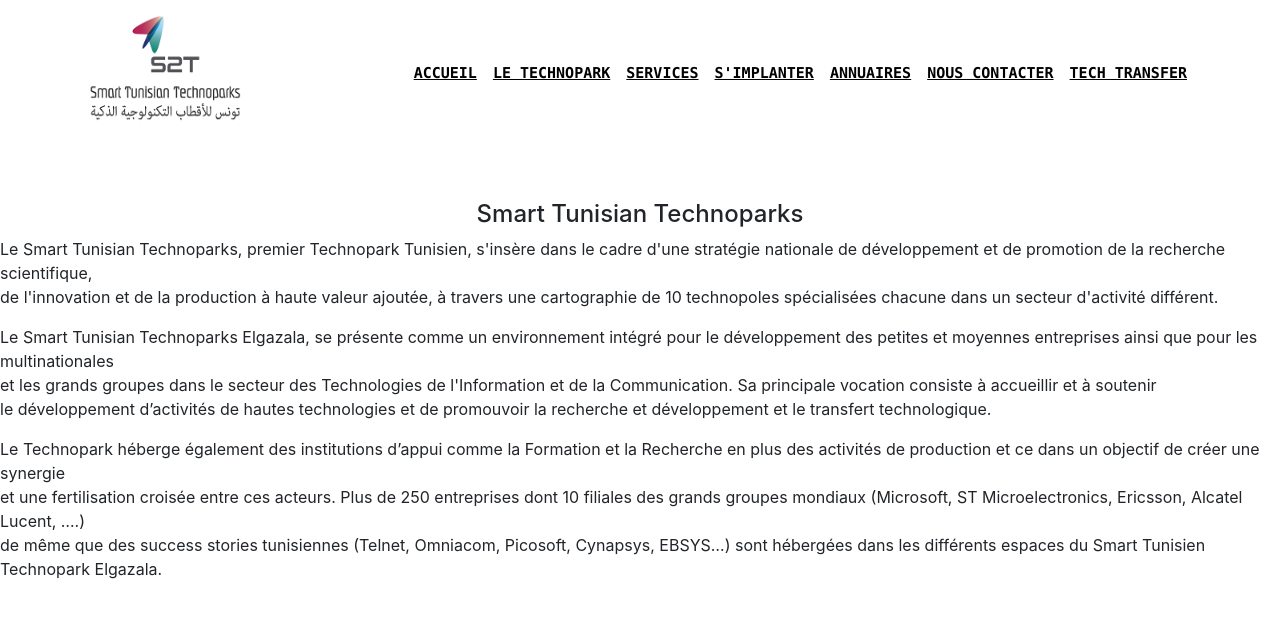
Repository: Zakraouihadil1/stage-perfectionnement-
Page: presentation.html
The author's editor kept a copy of each file at every save. The page is drawn from the files as they stood at one save, then again after the next save.
The browser window is 1280 px wide. The pictures show the whole page.

Above is the page before, as saved 2021-08-17 19:39:14.

### presentation.html
<html>
    <head>
        <title></title>
        <meta charset="utf-8">
        <link rel="stylesheet" href="https://maxcdn.bootstrapcdn.com/bootstrap/4.5.2/css/bootstrap.min.css">
    <script src="https://ajax.googleapis.com/ajax/libs/jquery/3.5.1/jquery.min.js"></script>
    <script src="https://cdnjs.cloudflare.com/ajax/libs/popper.js/1.16.0/umd/popper.min.js"></script>
    <script src="https://maxcdn.bootstrapcdn.com/bootstrap/4.5.2/js/bootstrap.min.js"></script>
    </head>
    <style>



  #mainNav{
    background-color: white;
  }
  li a {
    color: black ;
    font-family: "Lucida Console", "Courier New";
    font-size: 15px ;
    text-align: left ;
    float: right;
    margin-top: 10px;
    text-decoration: underline;
    font-weight: bolder;

      }

li a:hover {
    color: blue;

  }




  .dropdown-content {
  display: none;
  position: absolute;
  background-color: #f9f9f9;
  min-width: 160px;
  box-shadow: 0px 8px 16px 0px rgba(0,0,0,0.2);
  z-index: 1;
}

.dropdown-content a {
  float: none;
  color: black;
  padding: 12px 16px;
  text-decoration: none;
  display: block;
  text-align: left;
}

.dropdown-content a:hover {
  background-color: #ddd;
}

.dropdown:hover .dropdown-content {
  display: block;
}
    </style>

    <body id="page-top">
         <!-- Navigation-->
  <nav class="navbar navbar-expand-lg  fixed-top" id="mainNav">
    <div class="container">
        <a class="navbar-brand " href="#page-top">
            <img src="images/Logo-S2T png.png" width="160px" height="110px">
        </a>
        <button class="navbar-toggler navbar-toggler-right" type="button" data-toggle="collapse" data-target="#navbarResponsive" aria-controls="navbarResponsive" aria-expanded="false" aria-label="Toggle navigation">
            Menu
            <i class="fas fa-bars ml-1"></i>
        </button>



        <div class="collapse navbar-collapse" id="navbarResponsive">
            <ul class="navbar-nav text-uppercase ml-auto">
              <li class="nav-item"><a class="nav-link js-scroll-trigger" href="./index.html">Accueil</a></li>
              <div class="dropdown">
                <li class="nav-item"><a class="nav-link js-scroll-trigger" href="#about">Le technopark</a></li>
<br>
<br>
                <div class="dropdown-content">
                  <a href="presentation.html">Présentation</a>
                  <a href="#">Actualités</a>
                  <a href="#">Link 3</a>
                </div>
              </div>
                 <li class="nav-item"><a class="nav-link js-scroll-trigger" href="#services">Services</a></li>
                 <li class="nav-item"><a class="nav-link js-scroll-trigger" href="#team">S'implanter</a></li>
                 <li class="nav-item"><a class="nav-link js-scroll-trigger" href="#team">Annuaires</a></li>
                 <li class="nav-item"><a class="nav-link js-scroll-trigger" href="#contact">Nous Contacter</a></li>
                 <li class="nav-item"><a class="nav-link js-scroll-trigger" href="#contact">Tech Transfer</a></li>

            </ul>
        </div>
    </div>
</nav>

<div style="margin-top: 200px;">
    <h4 style="text-align: center;">Smart Tunisian Technoparks</h4>
    <div>
    <p>Le Smart Tunisian Technoparks, premier Technopark Tunisien, s'insère dans le cadre d'une stratégie nationale de développement et de promotion de la recherche scientifique, <br>
     de l'innovation et de la production à haute valeur ajoutée, à travers une cartographie de 10 technopoles spécialisées chacune dans un secteur d'activité différent.</p>

      <p>Le Smart Tunisian Technoparks Elgazala, se présente comme un environnement intégré pour le développement des petites et moyennes entreprises ainsi que pour les multinationales <br>
         et les grands groupes dans le secteur des Technologies de l'Information et de la Communication. Sa principale vocation consiste à accueillir et à soutenir  <br>
         le développement d’activités de hautes technologies et de promouvoir la recherche et développement et le transfert technologique.</p>

      <p> Le Technopark héberge également des institutions d’appui comme la Formation et la Recherche en plus des activités de production et ce dans un objectif de créer une synergie <br>
          et une fertilisation croisée entre ces acteurs. Plus de 250 entreprises dont 10 filiales des grands groupes mondiaux (Microsoft, ST Microelectronics, Ericsson, Alcatel Lucent, ….) <br>
          de même que des success stories tunisiennes (Telnet, Omniacom, Picosoft, Cynapsys, EBSYS…) sont hébergées dans les différents espaces du Smart Tunisien Technopark Elgazala.</p>
</div>
</div>





    </body>
</html>

After the next save:
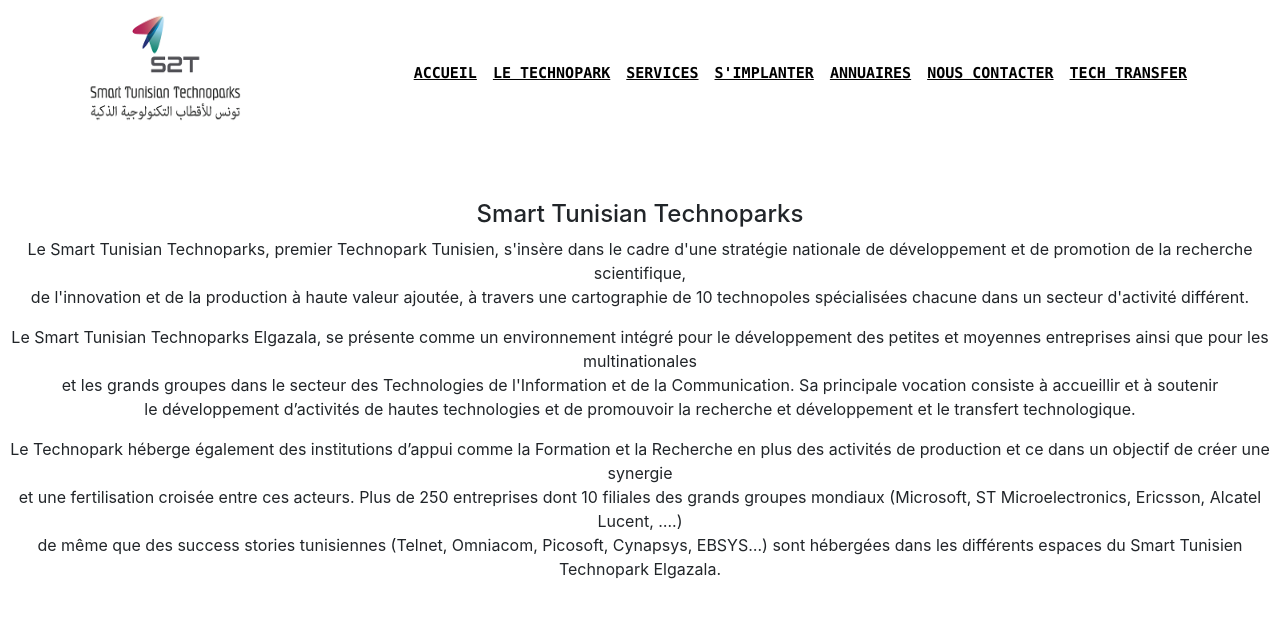
Saved 23 s later.
--- a/presentation.html
+++ b/presentation.html
@@ -99,7 +99,7 @@
     </div>
 </nav>
 
-<div style="margin-top: 200px;">
+<div style="margin-top: 200px; text-align: center;">
     <h4 style="text-align: center;">Smart Tunisian Technoparks</h4>
     <div>
     <p>Le Smart Tunisian Technoparks, premier Technopark Tunisien, s'insère dans le cadre d'une stratégie nationale de développement et de promotion de la recherche scientifique, <br>

After the save that followed:
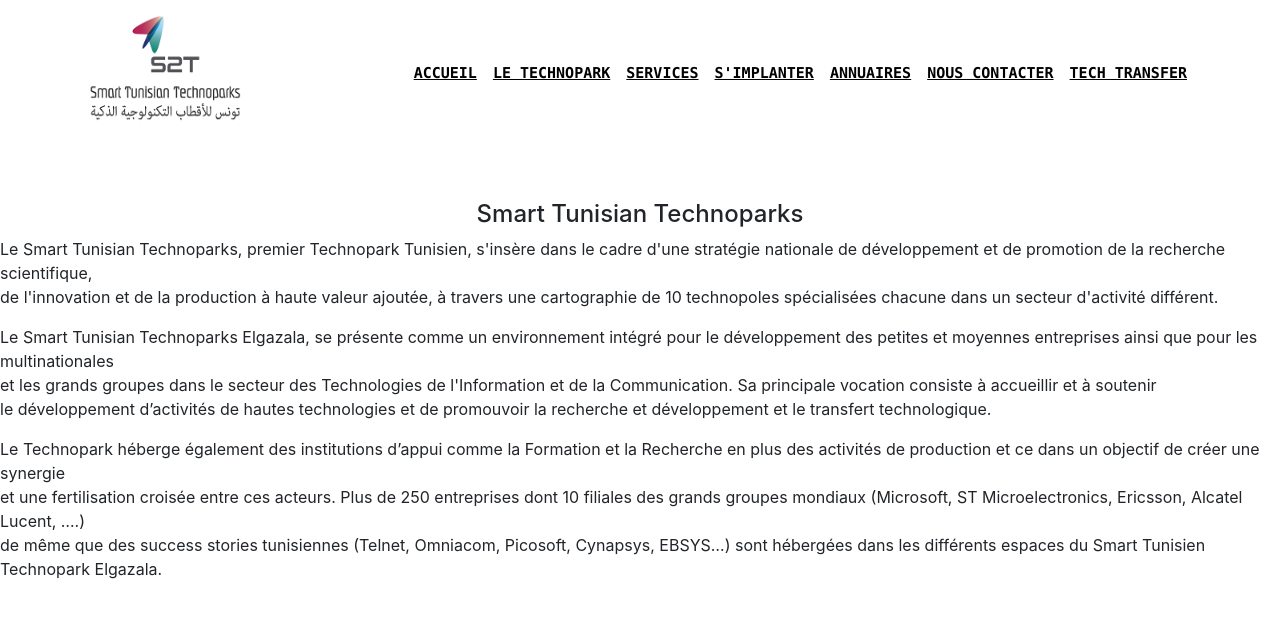
Saved 28 s later.
--- a/presentation.html
+++ b/presentation.html
@@ -99,7 +99,7 @@
     </div>
 </nav>
 
-<div style="margin-top: 200px; text-align: center;">
+<div style="margin-top: 200px; text-align: center justify;">
     <h4 style="text-align: center;">Smart Tunisian Technoparks</h4>
     <div>
     <p>Le Smart Tunisian Technoparks, premier Technopark Tunisien, s'insère dans le cadre d'une stratégie nationale de développement et de promotion de la recherche scientifique, <br>
